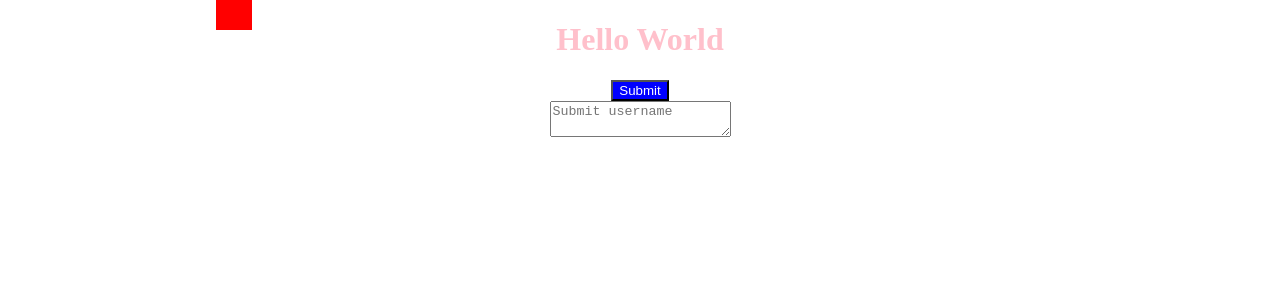
Repository: Flamemaster921/Feature-Showcase
Page: Index/firstPage/Website.html
The author's editor kept a copy of each file at every save. The page is drawn from the files as they stood at one save, then again after the next save.
The browser window is 1280 px wide. The pictures show the whole page.

Above is the page before, as saved 2025-12-15 12:51:07.

After the next save:
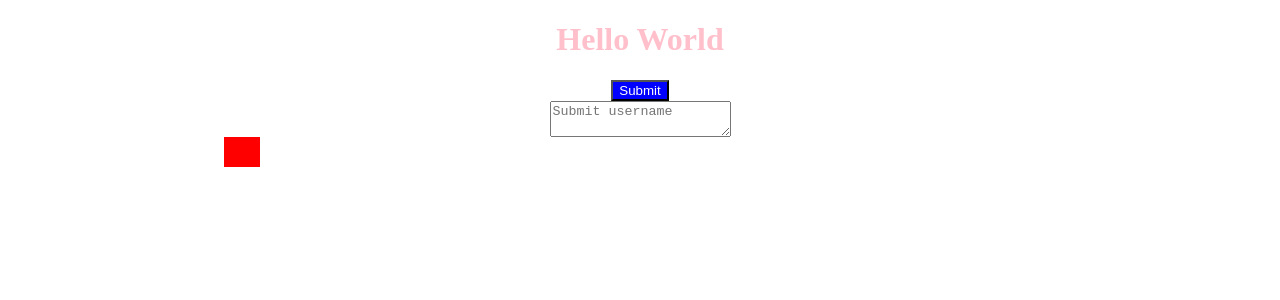
Saved 31 s later.
--- a/Index/firstPage/Design.css
+++ b/Index/firstPage/Design.css
@@ -33,7 +33,7 @@
 
 .color-bar {
     display: flex;
-    position: fixed;
+    position: relative;
     left: 30svh;
     top : 0;
     width: 5svh;

After the save that followed:
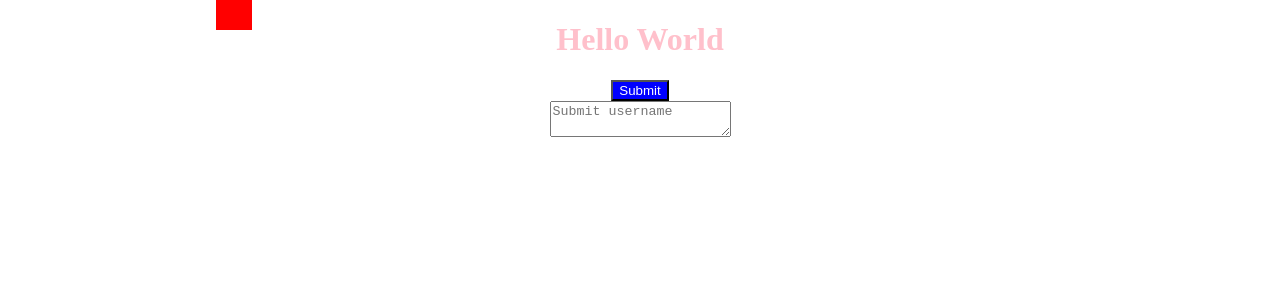
Saved 8 s later.
--- a/Index/firstPage/Design.css
+++ b/Index/firstPage/Design.css
@@ -33,7 +33,7 @@
 
 .color-bar {
     display: flex;
-    position: relative;
+    position: absolute;
     left: 30svh;
     top : 0;
     width: 5svh;
